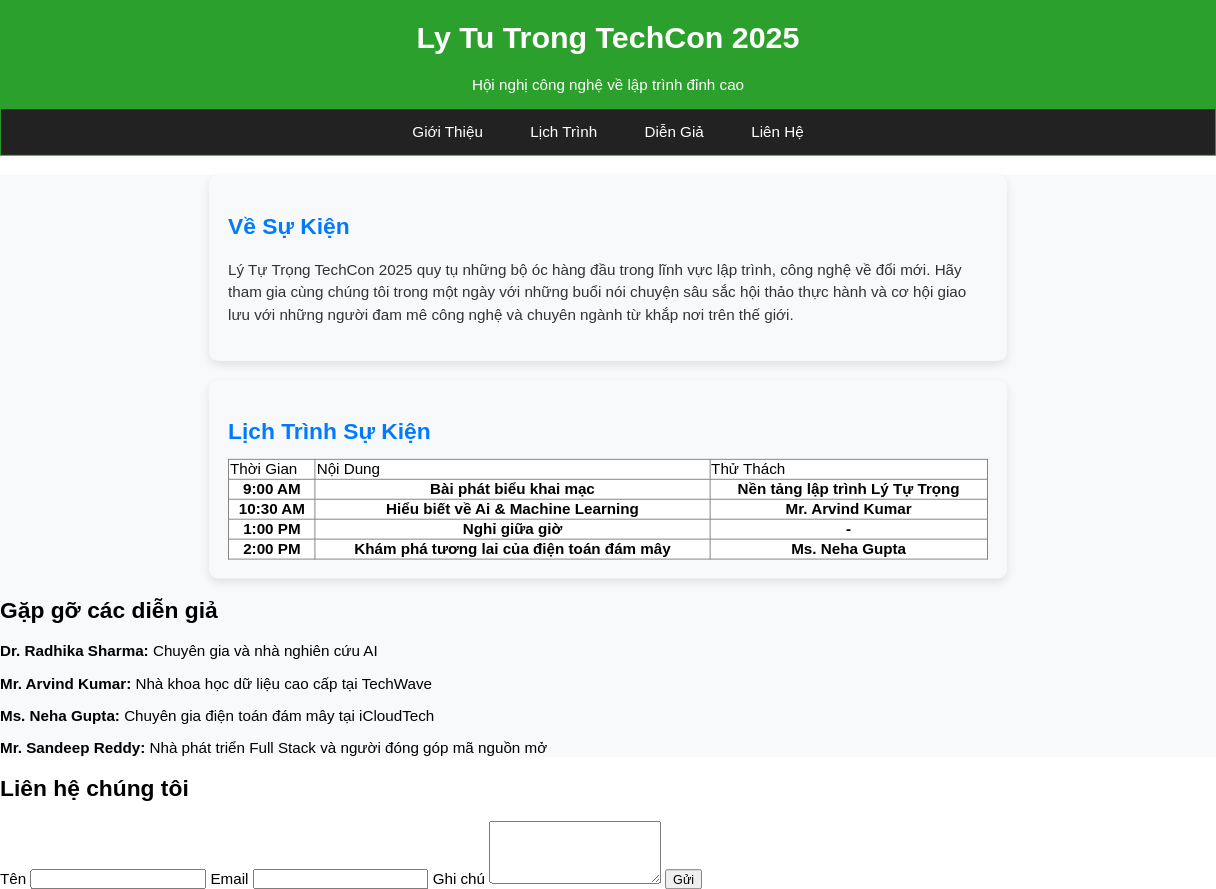
Repository: NhatMinh121/BaiTapVeNha1
Page: index.html
These files come from the project's save history. The page is drawn as it stood at one moment and after the next save; the edit follows.
The browser window is 1280 px wide. The pictures show the whole page, at 95% of full size.

Above is the page before, as saved 2025-03-28 23:05:52.

### index.html
<!DOCTYPE html>
<html lang="en">

<head>
    <meta charset="UTF-8">
    <meta name="viewport" content="width=device-width, initial-scale=1.0">
    <title>Lý Tự Trọng TechCon 2025</title>
    <link rel="stylesheet" href="style.css">
</head>

<body>
    <header>
        <h1>Ly Tu Trong TechCon 2025</h1>
        <p>Hội nghị công nghệ về lập trình đỉnh cao</p>
        <div class="menu">
            <nav>
                <ul>
                    <li>Giới Thiệu</li>
                    <li>Lịch Trình</li>
                    <li>Diễn Giả</li>
                    <li>Liên Hệ</li>
                </ul>
            </nav>
        </div>

    </header>
    <main>
        <div class="main-event">
            <h2>Về Sự Kiện</h2>
            <p>Lý Tự Trọng TechCon 2025 quy tụ những bộ óc hàng đầu trong lĩnh vực lập trình, công nghệ về đổi mới. Hãy tham gia cùng chúng tôi trong một ngày với những buổi nói chuyện sâu sắc hội thảo thực hành và cơ hội giao lưu với những người đam mê
                công nghệ và chuyên ngành từ khắp nơi trên thế giới.</p>
        </div>
        <div class="main-schedule">
            <h2>Lịch Trình Sự Kiện</h2>
            <table border="1">
                <tr>
                    <td>Thời Gian</td>
                    <td>Nội Dung</td>
                    <td>Thử Thách</td>
                </tr>
                <tr>
                    <th>9:00 AM</th>
                    <th>Bài phát biểu khai mạc</th>
                    <th>Nền tảng lập trình Lý Tự Trọng</th>
                </tr>
                <tr>
                    <th>10:30 AM</th>
                    <th>Hiểu biết về Ai & Machine Learning</th>
                    <th>Mr. Arvind Kumar</th>
                </tr>
                <tr>
                    <th>1:00 PM</th>
                    <th>Nghỉ giữa giờ</th>
                    <th>-</th>
                </tr>
                <tr>
                    <th>2:00 PM</th>
                    <th>Khám phá tương lai của điện toán đám mây</th>
                    <th>Ms. Neha Gupta</th>
                </tr>
            </table>
        </div>
        <div class="Meeting">
            <h2>Gặp gỡ các diễn giả</h2>
            <p><strong>Dr. Radhika Sharma:</strong> Chuyên gia và nhà nghiên cứu AI</p>
            <p><strong>Mr. Arvind Kumar:</strong> Nhà khoa học dữ liệu cao cấp tại TechWave</p>
            <p><strong>Ms. Neha Gupta:</strong> Chuyên gia điện toán đám mây tại iCloudTech</p>
            <p><strong>Mr. Sandeep Reddy:</strong> Nhà phát triển Full Stack và người đóng góp mã nguồn mở</p>
        </div>
    </main>

    <footer>
        <div class="footer-contract">
            <h2>Liên hệ chúng tôi</h2>
            <form action="#" method="post">
                <label for="name">Tên</label>
                <input type="text" id="name" name="name" required>
                <label for="email">Email</label>
                <input type="email" id="email" name="email" required>
                <label for="message">Ghi chú</label>
                <textarea id="message" name="message" rows="4" required></textarea>
                <button type="submit" value="Gửi">Gửi</button>
            </form>
        </div>

    </footer>

</body>

### style.css
body {
    margin: 0;
    padding: 0;
    box-sizing: border-box;
    font-family: Arial, sans-serif;
}

header {
    background-color: #2ca02c;
    color: white;
    padding: 1px;
    text-align: center;
}

.menu {
    background-color: #222;
    padding: 10px 5px;
}

.menu ul {
    list-style: none;
    padding: 0;
    margin: 0;
    display: flex;
    justify-content: center;
    gap: 20px;
}

.menu ul li {
    color: white;
    text-decoration: none;
    font-size: 16px;
    cursor: pointer;
    padding: 5px 15px;
    transition: background 0.3s;
}

.menu ul li:hover {
    background-color: #444;
    border-radius: 5px;
}

main {
    background-color: #f8f9fa;
}

.main-event {
    padding: 20px;
    border-radius: 10px;
    box-shadow: 0px 4px 10px rgba(0, 0, 0, 0.1);
    max-width: 800px;
    margin: 20px auto;
}

.main-event h2 {
    color: #007bff;
    font-size: 24px;
    font-weight: bold;
}

.main-event p {
    font-size: 16px;
    line-height: 1.5;
    color: #333;
}

.main-schedule {
    padding: 20px;
    border-radius: 10px;
    box-shadow: 0px 4px 10px rgba(0, 0, 0, 0.1);
    max-width: 800px;
    margin: 20px auto;
}

.main-schedule h2 {
    color: #007bff;
    font-size: 24px;
    font-weight: bold;
    margin-bottom: 15px;
}

.main-schedule table {
    width: 100%;
    border-collapse: collapse;
    background-color: white;
}

After the next save:
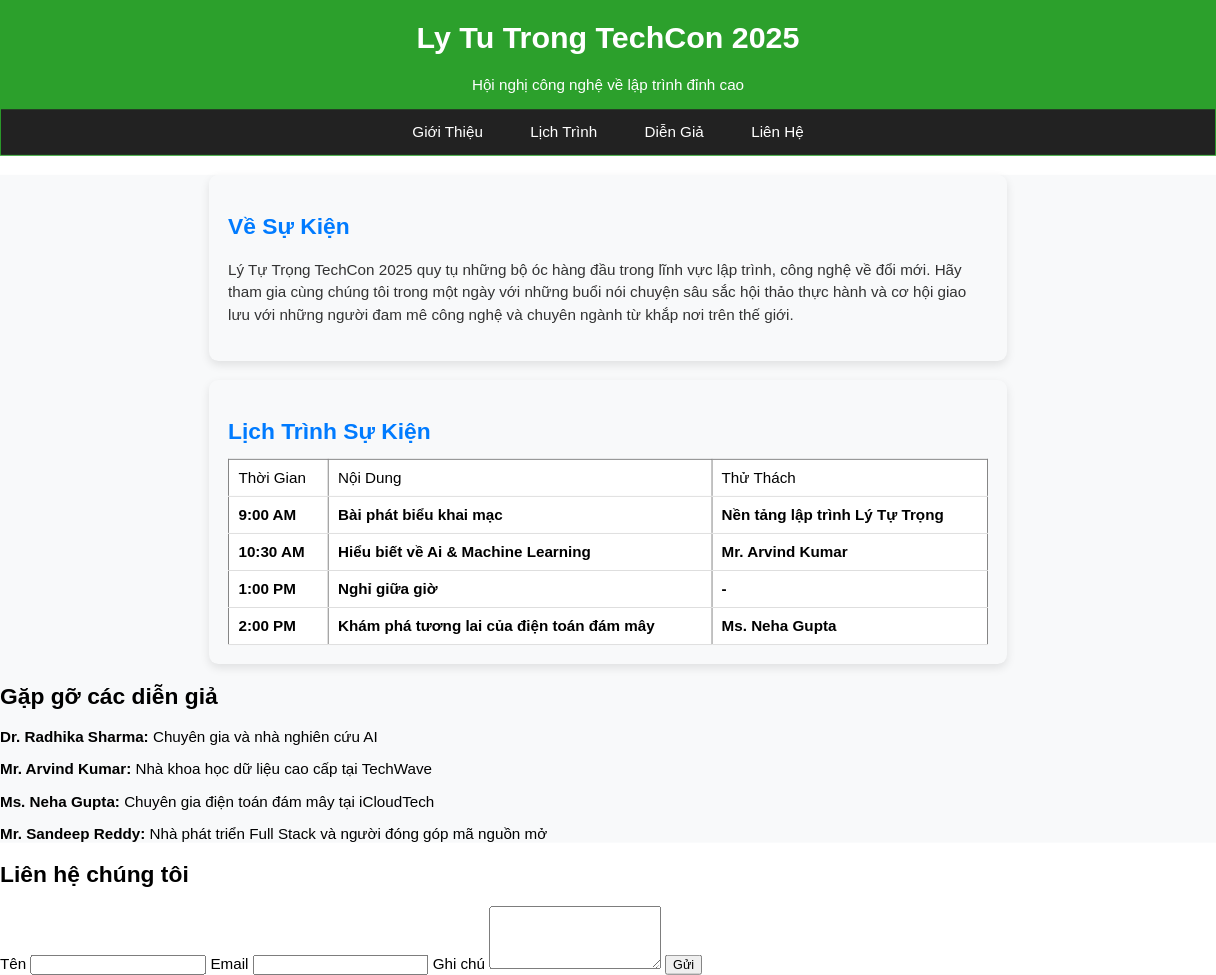
Saved 11 s later.
--- a/style.css
+++ b/style.css
@@ -84,3 +84,10 @@ main {
     border-collapse: collapse;
     background-color: white;
 }
+
+th,
+td {
+    padding: 10px;
+    text-align: left;
+    border-bottom: 1px solid #ddd;
+}
